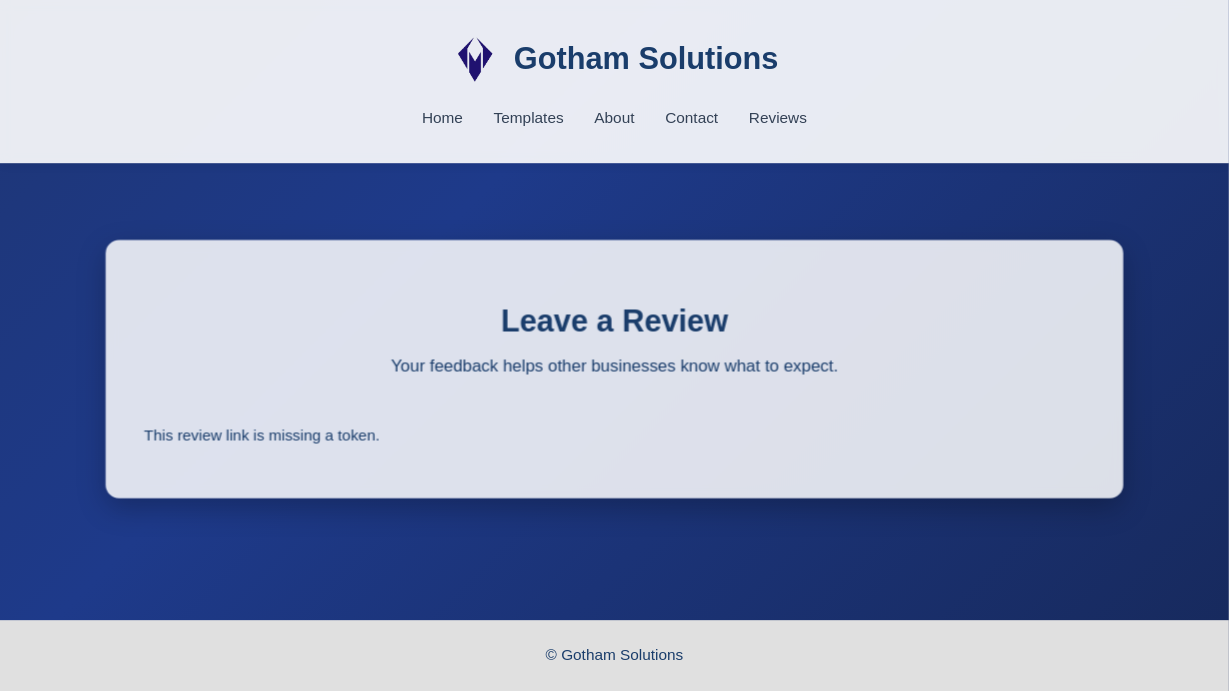
Repository: kmm569/gothamsolutions
Page: reviews/new/index.html
These files come from the project's save history. The page is drawn as it stood at one moment and after the next save; the edit follows.
The browser window is 1280 px wide. The pictures show the whole page, at 96% of full size.

Above is the page before, as saved 2026-03-12 10:33:25.

After the next save:
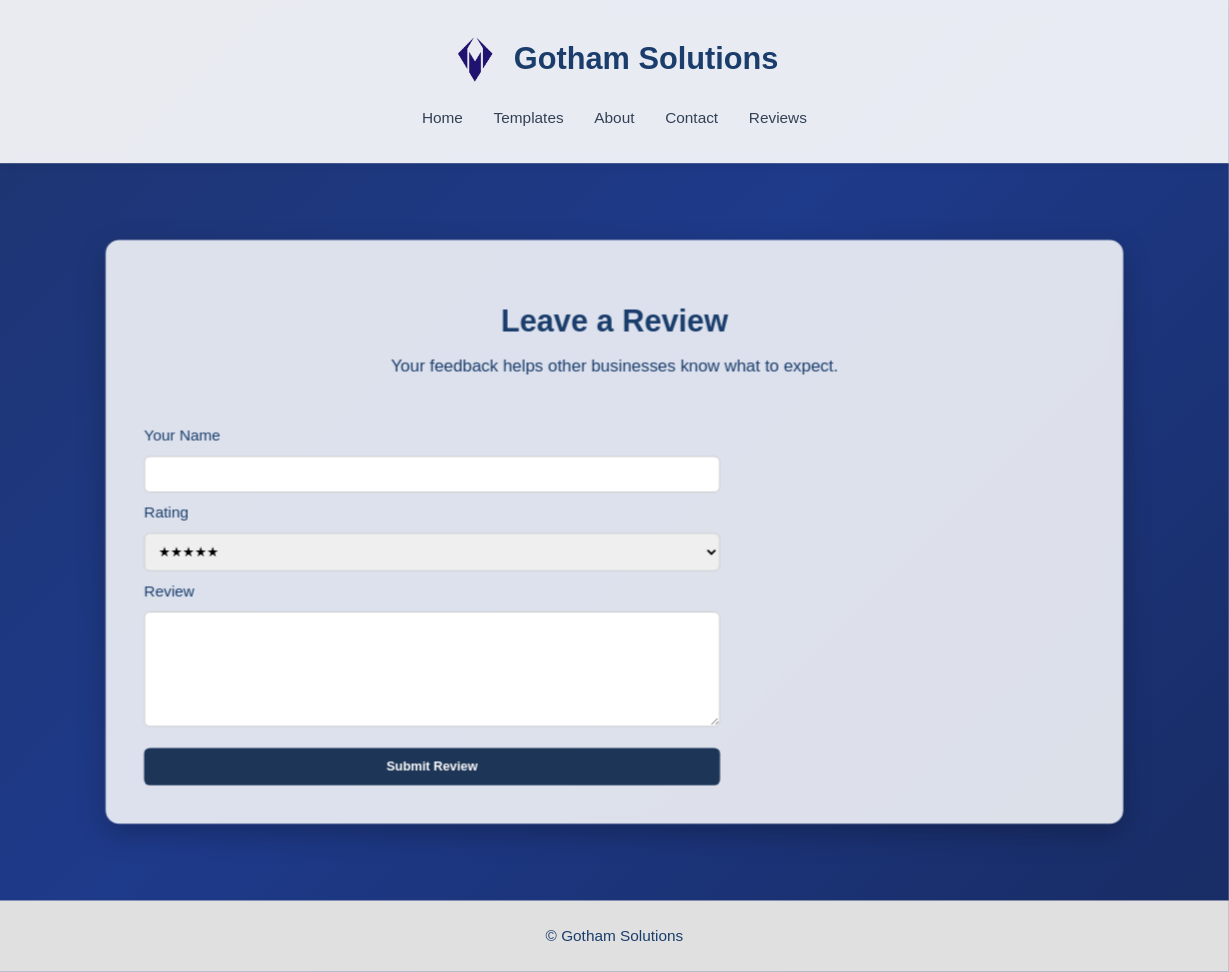
Console error: TypeError: Cannot set properties of null (setting 'value')
Saved 37 min 26 s later.
--- a/reviews/new/index.html
+++ b/reviews/new/index.html
@@ -28,30 +28,24 @@
 
 
 <main>
+	<div class="content-wrapper">
 
-	<section class="content-wrapper">
-
-		<div class="hero">
+		<section class="hero">
 			<h2>Leave a Review</h2>
 			<p class="hero-text">
 				Your feedback helps other businesses know what to expect.
 			</p>
-		</div>
+		</section>
 
-		<p id="status"></p>
+		<p id="invoiceLabel"></p>
 
-		<form
-			action="https://script.google.com/macros/s/AKfycbwKmVo3ZUbQQKJZX6465AFCs7X93Y6zOUUWhPNcIFCREsZjv8862jFix98XCnKtpo5Diw/exec"
-			method="POST"
-			class="review-form">
-
-			<input type="hidden" name="token" id="token">
+		<form class="review-form" id="reviewForm">
 
 			<label>Your Name</label>
-			<input name="name" required>
+			<input type="text" id="name" required>
 
 			<label>Rating</label>
-			<select name="rating">
+			<select id="rating">
 				<option value="5">★★★★★</option>
 				<option value="4">★★★★</option>
 				<option value="3">★★★</option>
@@ -60,14 +54,13 @@
 			</select>
 
 			<label>Review</label>
-			<textarea name="review" required></textarea>
+			<textarea id="review" required></textarea>
 
 			<button type="submit">Submit Review</button>
 
 		</form>
 
-	</section>
-
+	</div>
 </main>
 
 
